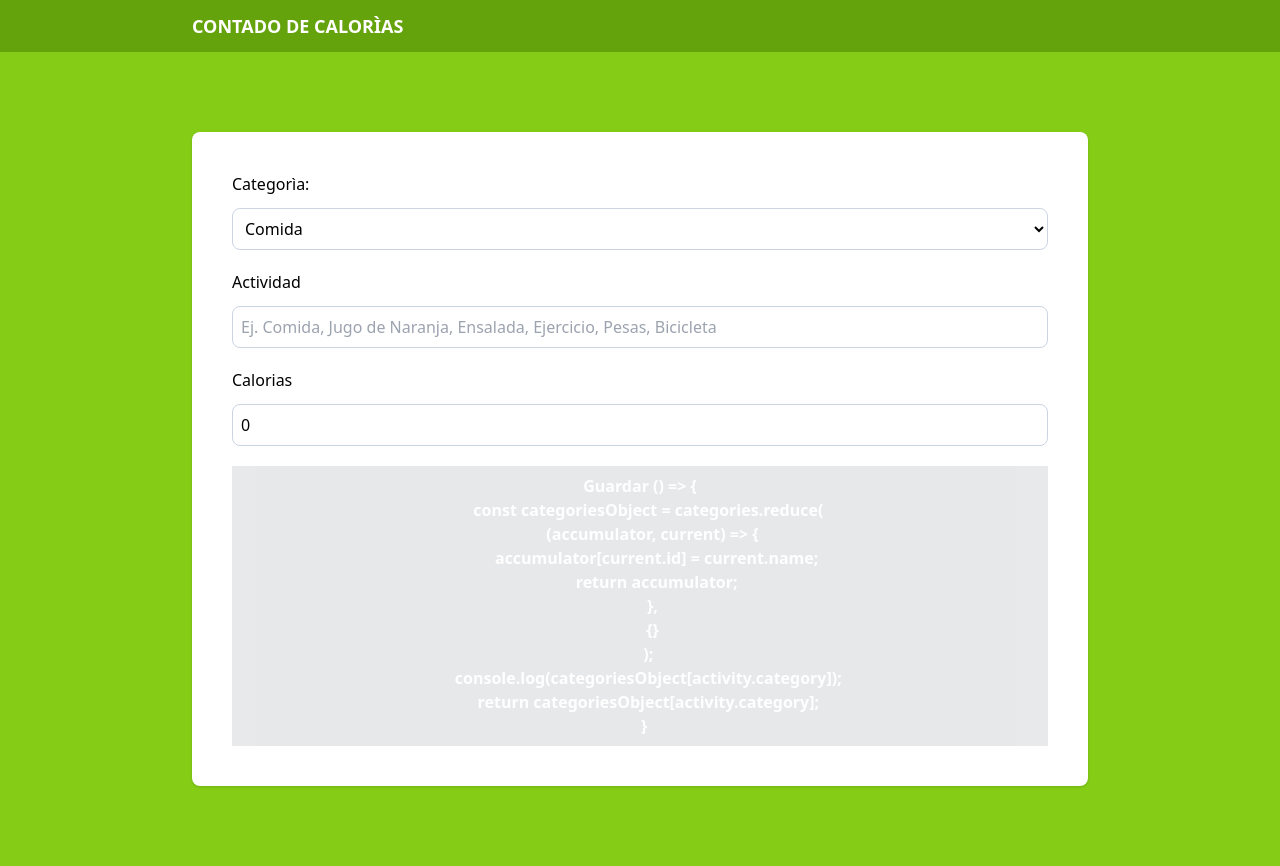
Repository: Matiiu/calorie-tracker
Page: /
The author's editor kept a copy of each file at every save. The page is drawn from the files as they stood at one save, then again after the next save.
The browser window is 1280 px wide. The pictures show the whole page.
The project was rebuilt for these pictures with package versions that can differ from the ones it lists, and the page was loaded fresh each time. Also part of the build but not shown: vite.config.ts.

Above is the page before, as saved 2024-04-01 11:29:08.

### index.html
<!doctype html>
<html lang="en">
  <head>
    <meta charset="UTF-8" />
    <link rel="icon" type="image/svg+xml" href="/vite.svg" />
    <meta name="viewport" content="width=device-width, initial-scale=1.0" />
    <title>Contador de Calorías - React</title>
  </head>
  <body>
    <div id="root"></div>
    <script type="module" src="/src/main.tsx"></script>
  </body>
</html>

### src/App.tsx
import Header from "./components/Header";
import Form from "./components/Form";
export default function App() {
  return (
    <>
      <Header />

      <section className="bg-lime-500 py-20 px-5">
        <div className="max-w-4xl mx-auto">
          <Form />
        </div>
      </section>
    </>
  );
}

### src/components/Header.tsx
export default function Header() {
  return (
    <header className="bg-lime-600 py-3">
      <div className="max-w-4xl mx-auto flex justify-between">
        <h1 className="text-center text-lg font-bold text-white uppercase">
          Contado de Calorìas
        </h1>
      </div>
    </header>
  );
}

### src/components/Form.tsx
import { useState, ChangeEvent } from "react";
import { categories } from "../data/categories";
import type { Activity } from "../types";

export default function Form() {
  const [activity, setActivity] = useState<Activity>({
    category: 1,
    activityName: "",
    calories: 0,
  });

  const handleChange = (
    e: ChangeEvent<HTMLInputElement | HTMLSelectElement>
  ) => {
    // Validamos si es un campo numérico
    const isNumberFiled = ["category", "calories"].includes(e.target.id);
    // Si lo es convertimos el dato a numérico
    setActivity({
      ...activity,
      [e.target.id]: isNumberFiled ? +e.target.value : e.target.value,
    });
  };

  const isValidateActivity = () => {
    const { activityName, calories } = activity;
    // Validamos que el campo actividad y calorías estén diligenciados
    return !!(activityName || "").trim() && calories > 0;
  };

  const nameSubmit = () => {
    const categoriesObject = categories.reduce(
      (accumulator: Record<number, string>, current) => {
        accumulator[current.id] = current.name;
        return accumulator;
      },
      {}
    );
    console.log(categoriesObject[activity.category])
    return categoriesObject[activity.category];
  };

  return (
    <form className="space-y-5 bg-white shadow p-10 rounded-lg">
      <div className="grid grid-cols-1 gap-3">
        <label htmlFor="category">Categorìa:</label>
        <select
          name="category"
          id="category"
          className="border border-slate-300 p-2 rounded-lg w-full bg-white"
          value={activity.category}
          onChange={handleChange}
        >
          {categories.map((category) => (
            <option key={category.id} value={category.id}>
              {category.name}
            </option>
          ))}
        </select>
      </div>

      <div className="grid grid-cols-1 gap-3">
        <label htmlFor="activityName">Actividad</label>
        <input
          id="activityName"
          name="activityName"
          type="text"
          className="border border-slate-300 p-2 rounded-lg"
          placeholder="Ej. Comida, Jugo de Naranja, Ensalada, Ejercicio, Pesas, Bicicleta"
          value={activity.activityName}
          onChange={handleChange}
        />
      </div>

      <div className="grid grid-cols-1 gap-3">
        <label htmlFor="calories">Calorias</label>
        <input
          id="calories"
          name="calories"
          type="number"
          className="border border-slate-300 p-2 rounded-lg"
          placeholder="Ej. 300 o 500"
          min={0}
          value={activity.calories}
          onChange={handleChange}
        />
      </div>

      <input
        type="submit"
        className="bg-gray-800 hover:bg-gray-900 w-full p-2 font-bold text-white cursor-pointer disabled:opacity-10 disabled:cursor-auto"
        value={`Guardar ${nameSubmit}`}
        disabled={!isValidateActivity()}
      />
    </form>
  );
}

### src/data/categories.ts
import { Category } from "../types";

export const categories: Category[] = [
  { id: 1, name: "Comida" },
  { id: 2, name: "Ejercicio" },
];

Loaded but not shown: src/main.tsx (common file); src/index.css (common file); tailwind.config.js (common file)

After the next save:
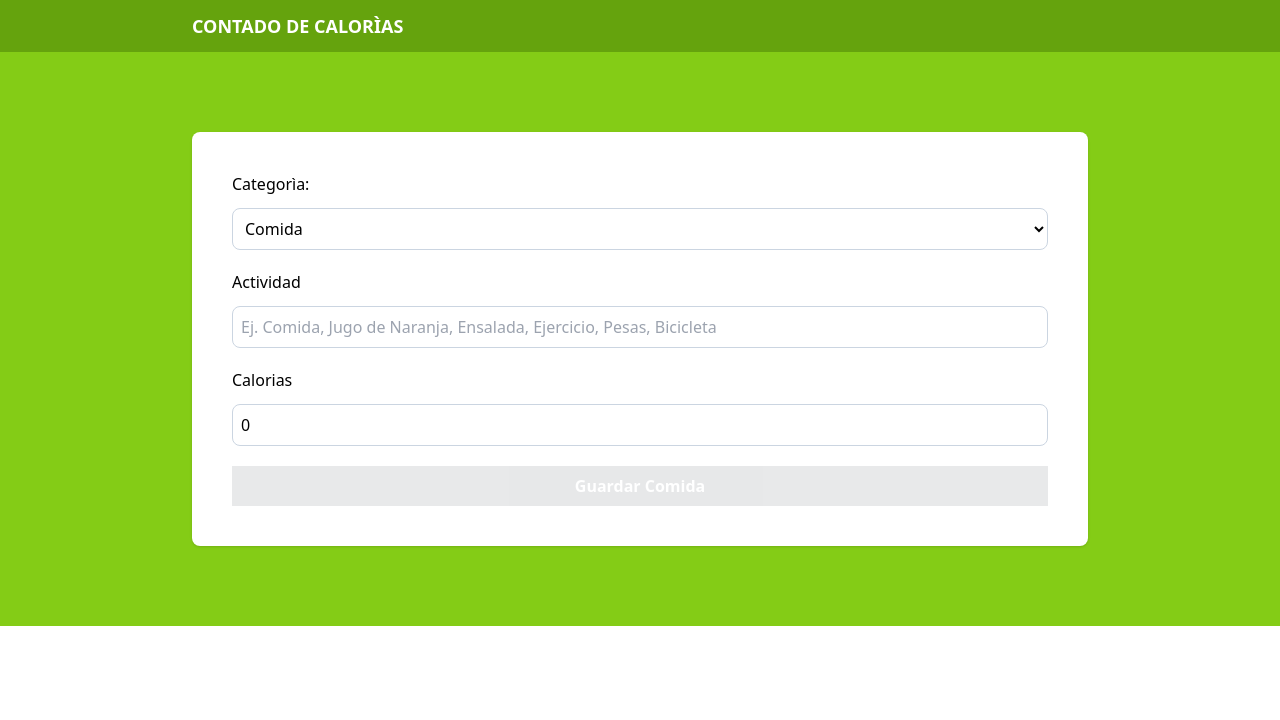
Saved 59 s later.
--- a/src/components/Form.tsx
+++ b/src/components/Form.tsx
@@ -88,7 +88,7 @@ export default function Form() {
       <input
         type="submit"
         className="bg-gray-800 hover:bg-gray-900 w-full p-2 font-bold text-white cursor-pointer disabled:opacity-10 disabled:cursor-auto"
-        value={`Guardar ${nameSubmit}`}
+        value={`Guardar ${nameSubmit()}`}
         disabled={!isValidateActivity()}
       />
     </form>
